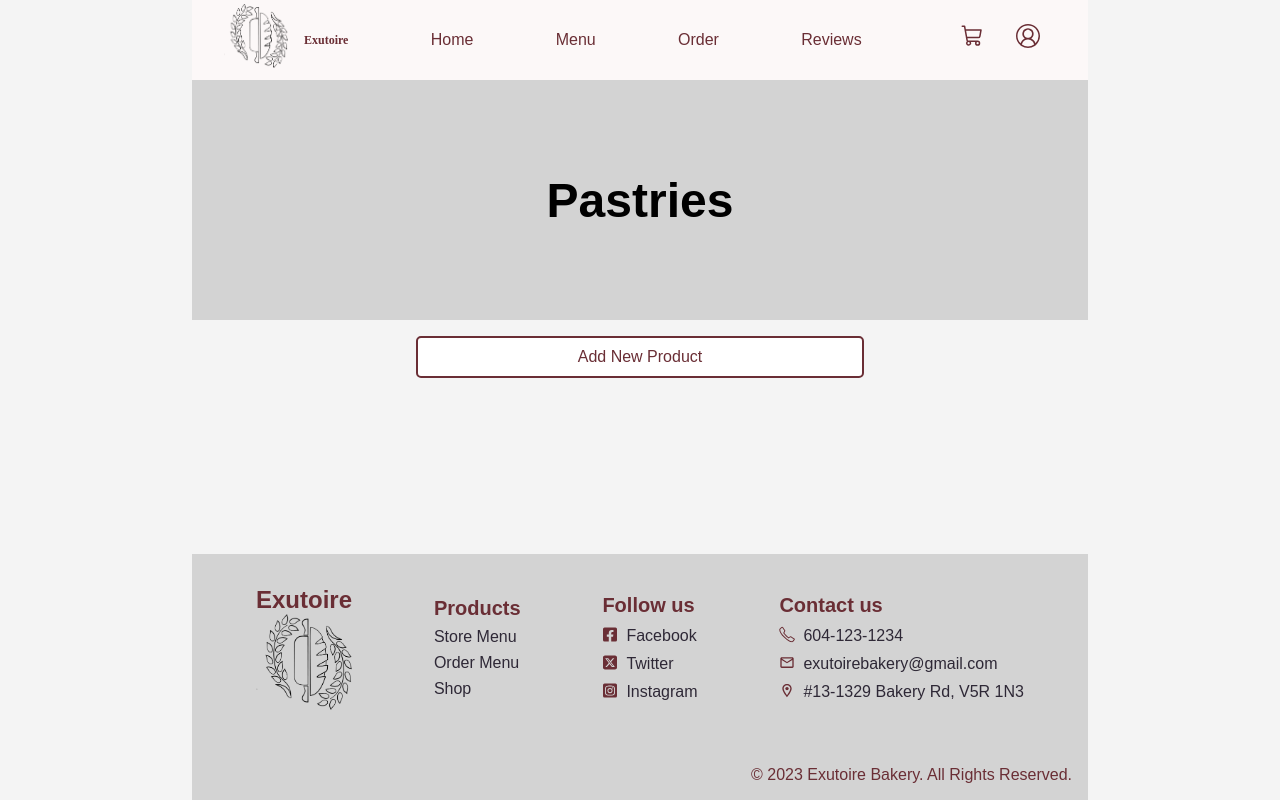
Repository: MelissaJacobi/COMP3170-final-proj
Page: /menu/pastries
An editor plug-in stored every save of this project. The page is shown before and after the next save, followed by the edit.
The browser window is 1280 px wide. The pictures show the whole page.
The project was rebuilt for these pictures with package versions that can differ from the ones it lists, and the page was loaded fresh each time. Also part of the build but not shown: vite.config.js, src/pages/ShoppingCart.module.css, src/components/ShoppingCartCard.module.css, src/components/ShoppingCartCard.jsx, src/components/OrderTotal.jsx, src/pages/ShoppingCart.jsx, src/pages/Profile.module.css, src/pages/Profile.jsx and 37 more.

Above is the page before, as saved 2024-11-09 23:28:20.

### src/main.jsx
import { StrictMode } from 'react'
import { createRoot } from 'react-dom/client'
import App from './App.jsx'
import './index.css'

const rootElement = document.getElementById('root');
if (rootElement) {
  createRoot(rootElement).render(
    <StrictMode>
      <App />
    </StrictMode>
  );
}

### src/App.jsx
import { BrowserRouter as Router, Routes, Route } from 'react-router-dom';
import styles from './App.module.css';
import Header from './components/Header';
import Footer from './components/Footer';
import Home from './pages/Home';
import Menu from './pages/menu';
import Bread from './pages/Bread';
import Pastries from './pages/Pastries';
import Cakes from './pages/Cakes';
import Drinks from './pages/Drinks';
import Seasonal from './pages/Seasonal';
import OrderPickUp from './pages/OrderPickUp';
import OrderDelivery from './pages/OrderDelivery';
import ShoppingCart from './pages/ShoppingCart';
import Profile from './pages/Profile';
import Reviews from './pages/Reviews';
import Favourites from './pages/Favourites';

function App() {
  return (
    <Router>
      <div className={styles.appContainer}>
        <Header />
        <Routes>
          <Route path="/" element={<Home />} />
          <Route path="/menu" element={<Menu />} />
          <Route path="/menu/bread" element={<Bread />} />
          <Route path="/menu/pastries" element={<Pastries />} />
          <Route path="/menu/cakes" element={<Cakes />} />
          <Route path="/menu/drinks" element={<Drinks />} />
          <Route path="/menu/seasonal" element={<Seasonal />} />
          <Route path="/orderpickup" element={<OrderPickUp />} />
          <Route path="/orderdelivery" element={<OrderDelivery />} />
          <Route path="/shoppingcart" element={<ShoppingCart/>}/>
          <Route path="/profile" element={<Profile />}/>
          <Route path="/Reviews" element={<Reviews />}/>
          <Route path="/Favourites" element={<Favourites />} />
        </Routes>
        <Footer />
      </div>
    </Router>
  );
}

export default App;

### src/index.css
* {
  margin: 0;
  padding: 0;
  box-sizing: border-box;
}

body {
  font-family: Arial, sans-serif;
  line-height: 1.6;
  background-color: #f4f4f4;
}

:root {
  --primary-color: lightgrey;
  --secondary-color: lightblue;
  --accent-color: #6A2E35;
  --background-color: white;
  --text-color: #2E2836;
}

### src/App.module.css
.appContainer {
    width: 70%;
    height: 100%;
    margin: auto;
}

### src/components/Header.jsx
// Header.tsx
import { Link, Route, Router, Routes } from 'react-router-dom';
import styles from './Header.module.css';
import logo from "../assets/images/logo.png";
import { PiShoppingCart } from "react-icons/pi";
import { VscAccount } from "react-icons/vsc";
import OverallCart from '../pages/ShoppingCart';
import Profile from '../pages/Profile';

export default function Header() {
  return (
    <div className={styles.container}>
      <div>
        <Link to ="/"><img src={logo} alt="Logo" className={styles.logo} /></Link>
        <p className={styles.siteTitle}>Exutoire</p>
      </div>
      <Link to="/" className={styles.links}>Home</Link>
      <Link to="/Menu" className={styles.links}>Menu</Link>
      <Link to="/OrderPickUp" className={styles.links}>Order</Link>
      <Link to="/Reviews" className={styles.links}>Reviews</Link>
      <div>
        <Link to="/ShoppingCart">
          <PiShoppingCart className={styles.icon} />
        </Link>
        <Link to="/Profile">
          <VscAccount className={styles.icon} />
        </Link>
      </div>
    </div>
  );
}

### src/components/Footer.tsx
import logo from "../assets/images/logo.png"
import styles from "./Footer.module.css"
import { FaFacebookSquare } from "react-icons/fa";
import { FaSquareXTwitter } from "react-icons/fa6";
import { FaInstagramSquare } from "react-icons/fa";
import { SlPhone } from "react-icons/sl";
import { MdOutlineMailOutline } from "react-icons/md";
import { MdOutlineLocationOn } from "react-icons/md";

export default function Footer() {

  return (
    <>
      <div className={styles.container}>
        <div>
            <p className={styles.siteTitle}>Exutoire</p>
            <img src={logo} alt="Logo" className={styles.logo}/>
        </div>
        <ul>
          <p>Products</p>
          <li>Store Menu</li>
          <li>Order Menu</li>
          <li>Shop</li>
        </ul>
        <ul>
          <p>Follow us</p>
          <li><FaFacebookSquare className={styles.socialIcon}/>Facebook</li>
          <li><FaSquareXTwitter className={styles.socialIcon}/>Twitter</li>
          <li><FaInstagramSquare className={styles.socialIcon}/>Instagram</li>
        </ul>
        <ul>
          <p>Contact us</p>
          <li><SlPhone  className={styles.socialIcon}/>604-123-1234</li>
          <li><MdOutlineMailOutline className={styles.socialIcon}/>exutoirebakery@gmail.com</li>
          <li><MdOutlineLocationOn className={styles.socialIcon}/>#13-1329 Bakery Rd, V5R 1N3</li>
        </ul>
      </div>
      <p className={styles.copywrite}>© 2023 Exutoire Bakery.  All Rights Reserved.</p>
    </>
  )
}

### src/pages/Pastries.jsx
import { useState } from "react";
import Product from "../components/Product";
import styles from "./Bread.module.css";

export default function Pastries() {
  const [products, setProducts] = useState([]); // State to store products
  const [productName, setProductName] = useState(""); // State for form inputs
  const [productPrice, setProductPrice] = useState("");
  const [productDescription, setProductDescription] = useState("");
  const [productImageUrl, setProductImageUrl] = useState("");
  const [showForm, setShowForm] = useState(false); // State to control form visibility

  const handleAddProduct = (e) => {
    e.preventDefault();
    if (productName.trim() && productPrice.trim() && productDescription.trim() && productImageUrl.trim()) {
      setProducts([...products, {
        name: productName,
        price: productPrice,
        description: productDescription,
        imageUrl: productImageUrl
      }]);
      setProductName("");
      setProductPrice("");
      setProductDescription("");
      setProductImageUrl("");
    }
  };

  const toggleFormVisibility = () => {
    setShowForm((prevShowForm) => !prevShowForm);
  };

  return (
    <div className={styles.container}>
      <div className={styles.banner}>
        <h1>Pastries</h1>
      </div>

      <button onClick={toggleFormVisibility} className={styles.toggleFormButton}>
        {showForm ? "Hide Form" : "Add New Product"}
      </button>

      {showForm && (
        <form onSubmit={handleAddProduct} className={styles.addProductForm}>
          <input
            type="text"
            value={productName}
            onChange={(e) => setProductName(e.target.value)}
            placeholder="Enter product name"
            className={styles.productInput}
          />
          <input
            type="text"
            value={productPrice}
            onChange={(e) => setProductPrice(e.target.value)}
            placeholder="Enter product price"
            className={styles.productInput}
          />
          <textarea
            value={productDescription}
            onChange={(e) => setProductDescription(e.target.value)}
            placeholder="Enter product description"
            className={styles.productInput}
          />
          <input
            type="text"
            value={productImageUrl}
            onChange={(e) => setProductImageUrl(e.target.value)}
            placeholder="Enter image URL"
            className={styles.productInput}
          />
          <button type="submit" className={styles.addButton}>Add Product</button>
        </form>
      )}

      <div className={styles.products}>
        {products.map((product, index) => (
          <Product
            key={index}
            name={product.name}
            price={product.price}
            description={product.description}
            imageUrl={product.imageUrl}
          />
        ))}
      </div>
    </div>
  );
}

### src/components/Header.module.css
.container {
    background-color: rgba( 255, 250, 250, 0.7);
    width: 100%;
    height: 5rem;
    display: flex;
    align-items: center;
    justify-content: space-between;
    padding: 2rem;
    position: sticky;
    top: 0;
    z-index: 1000;
}

.logo {
    height: 4rem;
    width: 4rem;
}

.siteTitle {
    font-size: 12px;
    font-style: normal;
    font-weight: 900;
    line-height: normal;
    margin-left: 1rem;
    color: var(--accent-color);
    font-family: "Frances", serif;
    text-decoration: none;
}

.container div {
    display: flex;
    align-items: center;
}

.links {
    font-size: 16px;
    font-style: normal;
    font-weight: 400;
    line-height: normal;
    color: var(--accent-color);
    text-decoration: none;
}

.links:hover {
    text-shadow: 2px 2px 5px var(--accent-color);
}

.icon {
    height: 1.5rem;
    width: 1.5rem;
    margin: 1rem;
    color: var(--accent-color)
}

.icon:hover {
    cursor: pointer;
    filter: drop-shadow(1px 1px 3px var(--accent-color));
}

### src/components/Footer.module.css
.container {
    background-color: var(--primary-color);
    height: 100%;
    width: 100%;
    display: flex;
    flex-wrap: wrap;
    align-items: center;
    justify-content: space-between;
    padding: 2rem 4rem;
}

.container div{
    text-align: center;
}

.logo {
    width: 6rem;
    height: 6rem;
}

.siteTitle {
    font-size: 24px;
    font-style: normal;
    font-weight: 700;
    line-height: normal;
    color: var(--accent-color)
}

.container ul p {
    color: var(--accent-color);
    font-size: 20px;
    font-style: normal;
    font-weight: 700;
    line-height: normal;
}

.container ul li {
    font-size: 16px;
    font-style: normal;
    font-weight: 400;
    line-height: normal;
    margin: 0.5rem 0rem;
    padding: 0;
    list-style-type: none;
    color: var(--text-color)
}

.socialIcon {
    transform: translateY(0.1rem);
    color: var(--accent-color);
    margin-right: 0.5rem;
}

.copywrite {
    width: 100%;
    text-align: right;
    padding: 1rem;
    font-size: 16px;
    font-style: normal;
    font-weight: 400;
    line-height: normal;
    color: var(--accent-color);
    background-color: var(--primary-color);
}

### src/pages/Bread.module.css
.container {
    width: 100%;
    text-align: center;
}

.banner {
    width: 100%;
    height: 15rem;
    display: flex;
    justify-content: center;
    align-items: center;
    background-color: var(--primary-color);
}

.container h1 {
    font-size: 48px;
    font-style: normal;
    font-weight: 700;
    line-height: normal;
}

.products {
    width: 100%;
    display: flex;
    flex-wrap: wrap;
    justify-content: space-around;
    padding: 5rem;
}

.toggleFormButton {
    width: 50%;
    margin: 1rem 0;
    background-color: var(--background-color);
    color: var(--accent-color);
    border: 2px var(--accent-color) solid;
}

.toggleFormButton:hover {
    width: 50%;
    margin: 1rem 0;
    color: var(--background-color);
    border: 2px var(--accent-color) solid;
}

.addProductForm {
    width: 50%;
    margin: auto;
    background-color: var(--background-color);
    padding: 2rem;

}

### src/pages/Reviews.module.css
.container {
    width: 100%;
}

.banner {
    width: 100%;
    height: 15rem;
    display: flex;
    justify-content: center;
    align-items: center;
    background-color: var(--primary-color);
}

.container h1 {
    font-size: 48px;
    font-style: normal;
    font-weight: 700;
    line-height: normal;
}

.reviews {
    width: 100%;
    display: flex;
    justify-content: center;
    flex-wrap: wrap;
    margin: 2rem 0;
}


.reviewFormContainer {
    margin: 40px;
  }

  .reviewForm {
    background-color: #f9f9f9;
    padding: 20px;
    box-shadow: 0 2px 10px rgba(0, 0, 0, 0.1);
  }

  .formGroup {
    margin-bottom: 15px;
  }

  input[type="text"],
  input[type="email"],
  textarea,
  select {
    width: 100%;
    padding: 10px;
    border: 1px solid #ddd;
    border-radius: 5px;
    font-size: 16px;
  }

  button {
    width: 100%;
    padding: 10px;
    background-color: #28a745;
    color: white;
    border: none;
    border-radius: 5px;
    font-size: 16px;
    cursor: pointer;
  }

  button:hover {
    background-color: #218838;
  }

  .reviews {
    margin-top: 20px;
  }

  .review {
    display: flex;
    align-items: flex-start;
    margin-bottom: 20px;
  }

### src/components/OrderTotal.module.css
.orderTotalContainer {
    display: flex;
    flex-direction: column;
    justify-content: flex-end;
    align-items: flex-end;
}

.subtotal, .tax, .grandTotal {
    display: flex;
    flex-direction: row;
    justify-content: space-around;
    width: 55%;
    margin: 0.5rem;
}

.grandTotal {
    font-size: 40px;
    font-weight: 300;
}

.line {
    background-color: #9a9a9a;
    height: 0.2rem;
    width: 55%;
}

.lineThin {
    background-color: #9a9a9a;
    height: 0.1rem;
    width: 55%;
}

.btns, Link {
    display: flex;
    justify-content: center;
    align-items: center;
    width: 30%;
    margin-bottom: 1rem;
}

.backBtn {
    background-color: inherit;
    color: #6A2E35;
}

.checkoutBtn {
    display: flex;
    justify-content: center;
    align-items: center;
    background-color: #6A2E35;
    height: 2.7rem;
    border-radius: 0;
    text-decoration: none;
}

.backBtn:hover {
    background-color: inherit;
    color: black;
}

.checkoutBtn:hover {
    background-color: var(--accent-color);
    box-shadow: 1px 1px 4px grey;
}

Loaded but not shown: index.html (common file)

After the next save:
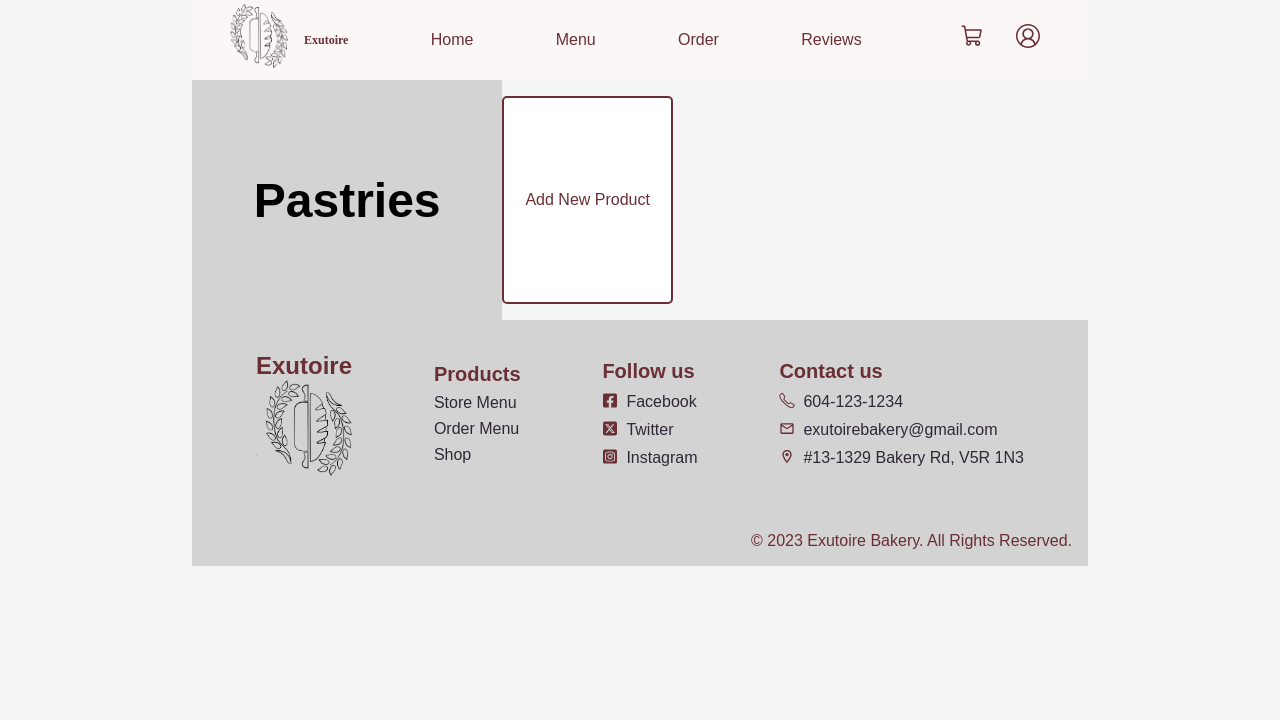
Saved 44 s later.
--- a/src/pages/Bread.module.css
+++ b/src/pages/Bread.module.css
@@ -1,6 +1,7 @@
 .container {
     width: 100%;
-    text-align: center;
+    display: flex;
+
 }
 
 .banner {

After the save that followed:
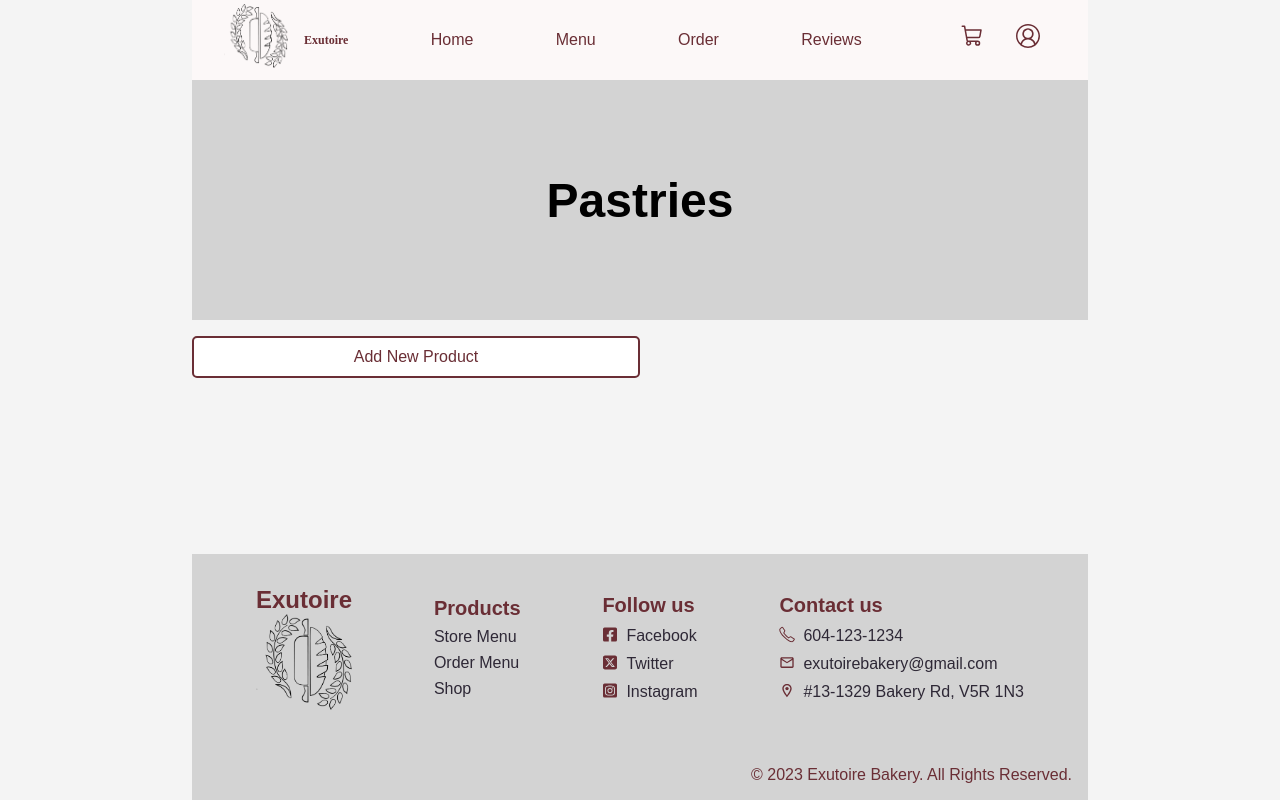
Saved 9 s later.
--- a/src/pages/Bread.module.css
+++ b/src/pages/Bread.module.css
@@ -1,6 +1,5 @@
 .container {
     width: 100%;
-    display: flex;
 
 }
 
